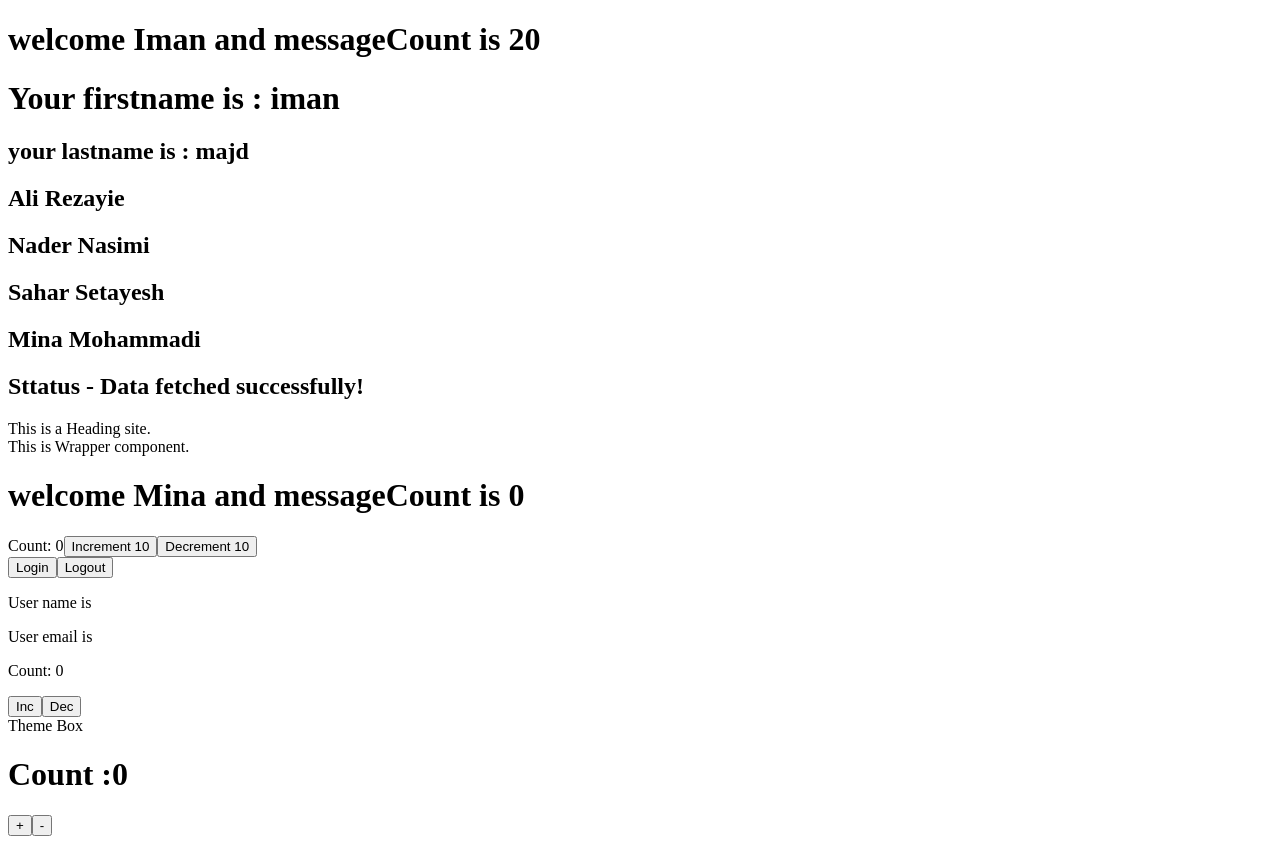
Repository: imangame2125/Typescript-learn-course
Page: /
The author's editor kept a copy of each file at every save. The page is drawn from the files as they stood at one save, then again after the next save.
The browser window is 1280 px wide. The pictures show the whole page.
The project was rebuilt for these pictures with package versions that can differ from the ones it lists, and the page was loaded fresh each time.

Above is the page before, as saved 2023-10-01 10:53:17.

After the next save:
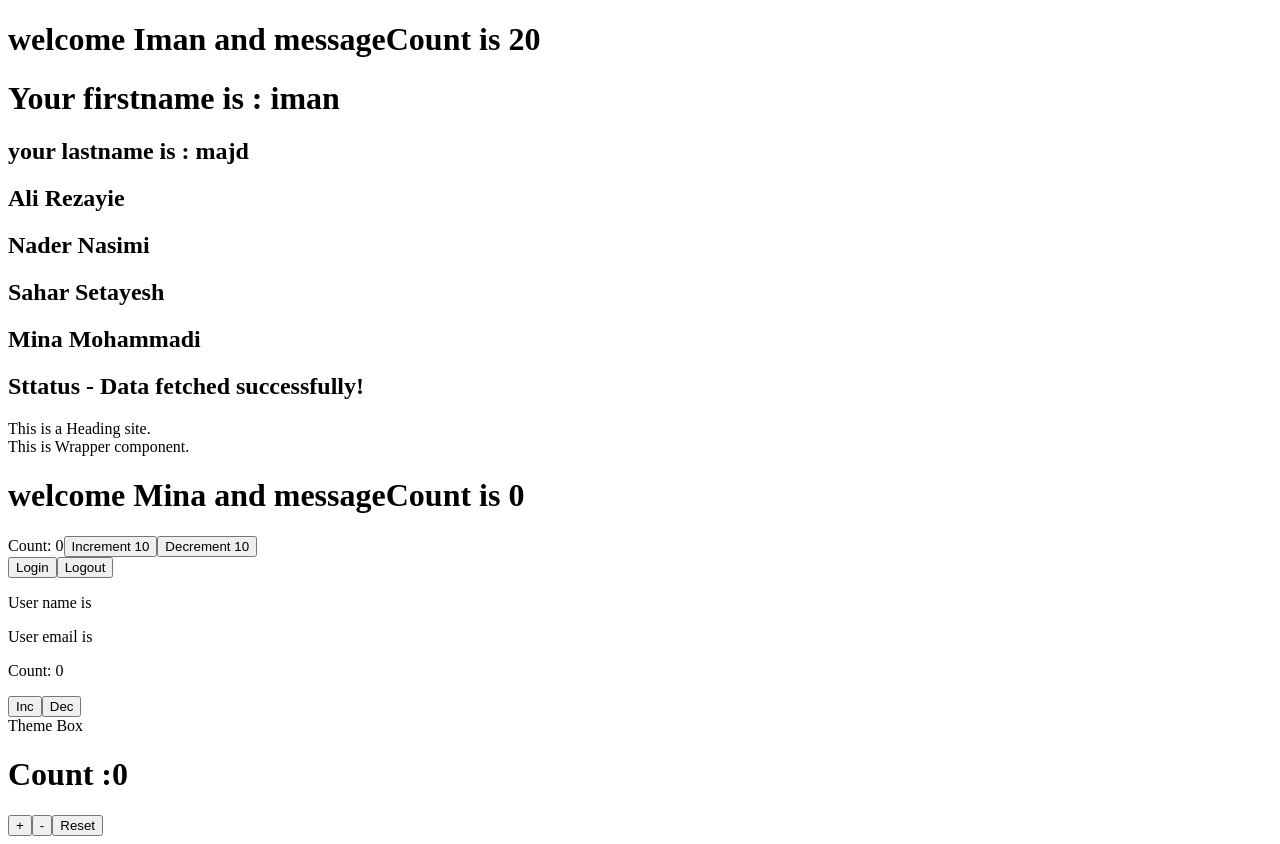
Saved 53 s later.
--- a/src/components/pages/CounterUseReducer.tsx
+++ b/src/components/pages/CounterUseReducer.tsx
@@ -31,6 +31,7 @@ const CounterUseReducer = () => {
       <h1>Count :{state.count}</h1>
       <button onClick={() => dispatch({ type: "INC", payload: 50 })}>+</button>
       <button onClick={() => dispatch({ type: "DEC", payload: 50 })}>-</button>
+      <button onClick={()=>dispatch({type:'reset'})}>Reset</button>
     </div>
   );
 };
